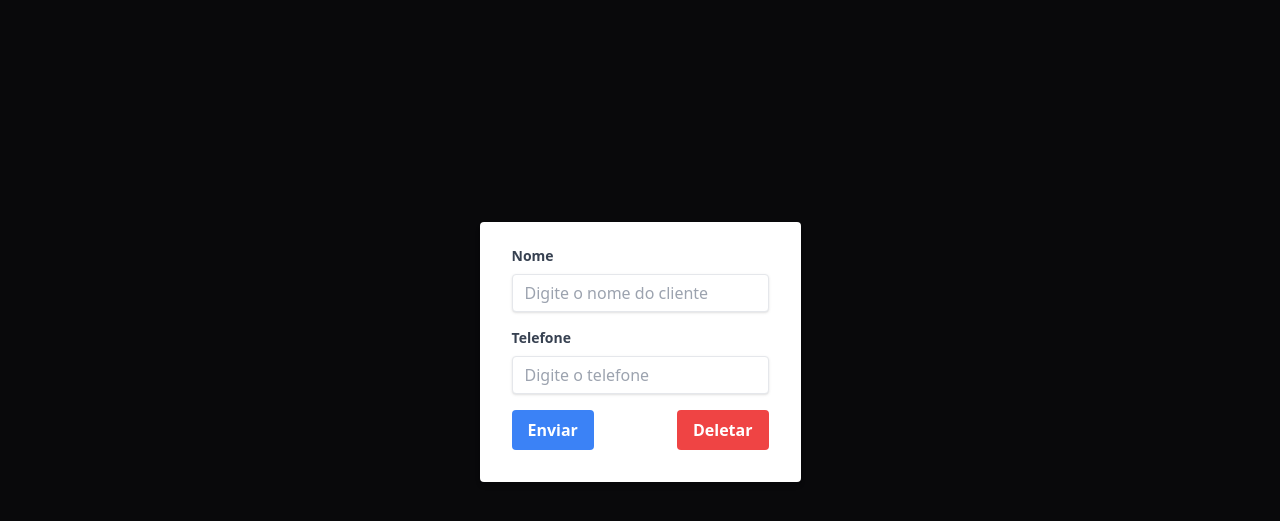
Repository: Gstxxx/sales-manager-laravel
Page: http://localhost/
An editor plug-in stored every save of this project. The page is shown before and after the next save, followed by the edit.
The browser window is 1280 px wide. The pictures show the whole page.
The page is served by the project's Laravel application, run on PHP 8.4 with Laravel 12. Other server files are loaded and not shown. Style sheets and scripts are compiled from the project's sources, by tool versions that may differ from the author's.

Above is the page before, as saved 2024-06-09 03:15:00.

### routes/web.php
<?php

use Illuminate\Support\Facades\Route;
use App\Http\Controllers\ClientController;

Route::get('/', function () {
    return view('home');
})->name('home');

Route::post('/addClient', [ClientController::class, 'addClient'])->name('addClient');
Route::post('/addClient', [ClientController::class, 'addClient'])->name('addClient');

### resources/views/home.blade.php
<!doctype html>
<html>

<head>
    <meta charset="UTF-8">
    <meta name="viewport" content="width=device-width, initial-scale=1.0">
    <title>Sales Manager</title>
    @vite('resources/css/app.css')
</head>

<body>
    <div class="bg-zinc-950 flex flex-col items-center justify-center min-h-screen">
        <form action="{{ route('addClient') }}" method="POST" class="bg-white shadow-md rounded px-8 pt-6 pb-8 mb-4">
            @csrf
            <div class="mb-4">
                <div class="mb-4">
                    <label class="block text-gray-700 text-sm font-bold mb-2" for="number-client">
                        Nome
                    </label>
                    <input
                        class="shadow appearance-none border rounded w-full py-2 px-3 text-gray-700 leading-tight focus:outline-none focus:shadow-outline"
                        type="text" name="name-client" id="name-client" placeholder="Digite o nome do cliente">
                </div>
                <div class="mb-4">
                    <label class="block text-gray-700 text-sm font-bold mb-2" for="number-client">
                        Telefone
                    </label>
                    <input
                        class="shadow appearance-none border rounded w-full py-2 px-3 text-gray-700 leading-tight focus:outline-none focus:shadow-outline"
                        id="number-client" name="number-client" type="text" placeholder="Digite o telefone">
                </div>
            </div>

            <div class="flex items-center justify-between">
                <button
                    class="bg-blue-500 hover:bg-blue-700 text-white font-bold py-2 px-4 rounded focus:outline-none focus:shadow-outline"
                    type="submit">
                    Enviar
                </button>
                <button
                    class="bg-red-500 hover:bg-red-700 text-white font-bold py-2 px-4 rounded focus:outline-none focus:shadow-outline"
                    type="submit" formaction="/removeClient">
                    Deletar
                </button>
            </div>
        </form>
    </div>
</body>

</html>

Loaded but not shown: resources/css/app.css (common file); tailwind.config.js (common file)

After the next save:
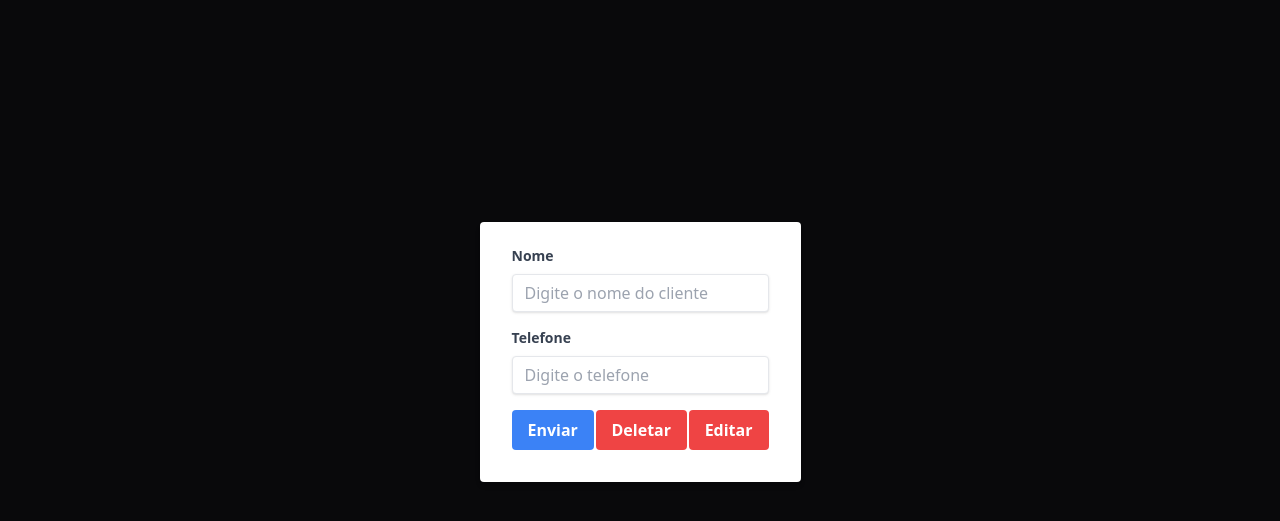
Saved 39 s later.
--- a/resources/views/home.blade.php
+++ b/resources/views/home.blade.php
@@ -42,6 +42,11 @@
                     type="submit" formaction="/removeClient">
                     Deletar
                 </button>
+                <button
+                    class="bg-red-500 hover:bg-red-700 text-white font-bold py-2 px-4 rounded focus:outline-none focus:shadow-outline"
+                    type="submit" formaction="/editClient">
+                    Editar
+                </button>
             </div>
         </form>
     </div>
